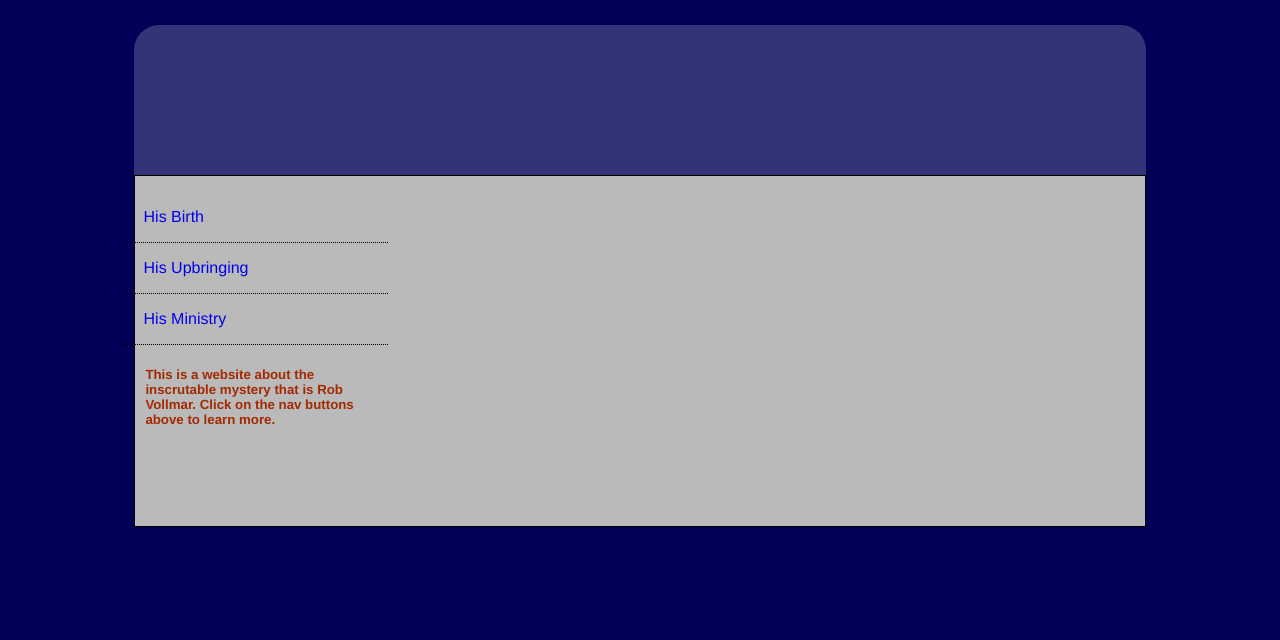
Repository: robvollmar/homework2
Page: birth.html
The author's editor kept a record of every edit. The page is drawn from the files as they stood at one moment, then again after the next edit.
The browser window is 1280 px wide. The pictures show the whole page.

Above is the page before.

After the next edit:
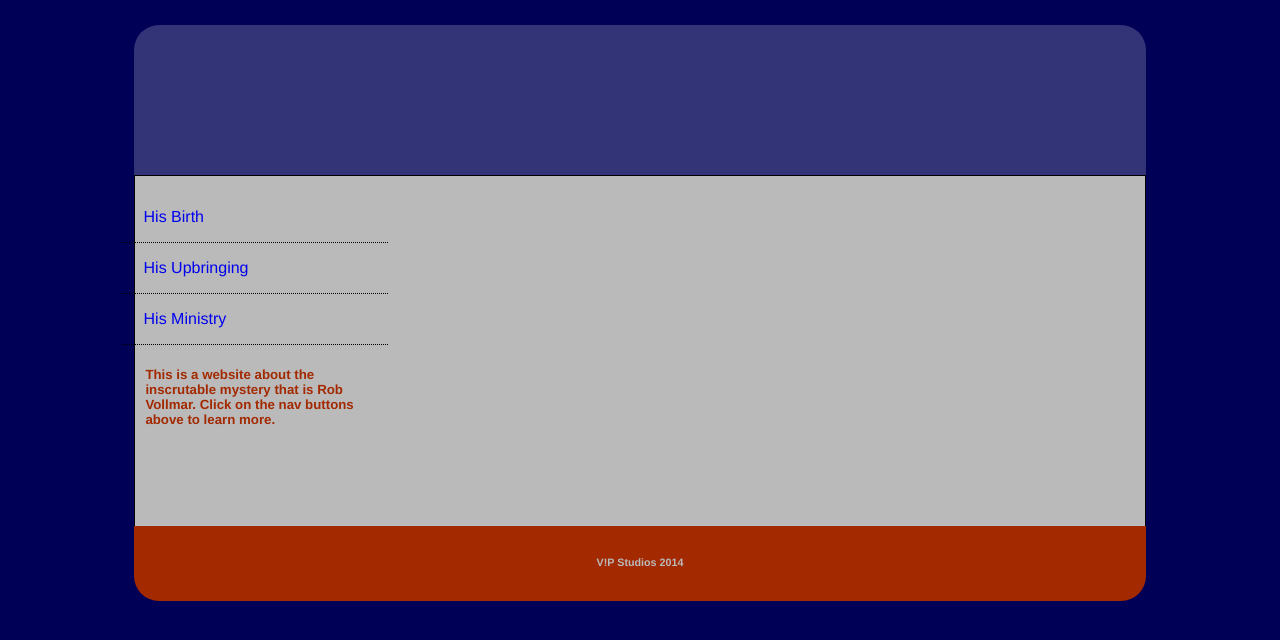
The edit:
--- a/birth.html
+++ b/birth.html
@@ -28,5 +28,10 @@
                 <h4>
 
                 </h4>
-
             </div>
+            </div>
+            <div class="footer">
+                 <h6>V!P Studios 2014</h6>
+            </div>
+    <body>
+</html>
